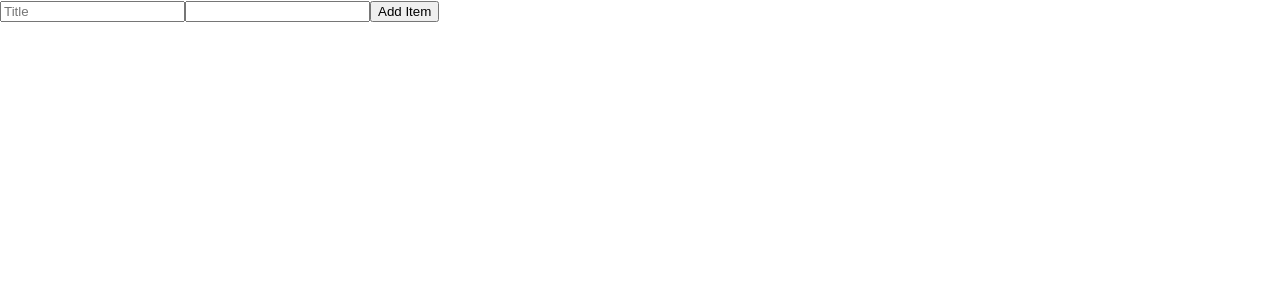
Repository: Juan-Christian-2711/todo
Page: / (app in frontend/)
These files come from the project's save history. The page is drawn as it stood at one moment and after the next save; the edit follows.
The browser window is 1280 px wide. The pictures show the whole page.
The project was rebuilt for these pictures with package versions that can differ from the ones it lists, and the page was loaded fresh each time.

Above is the page before, as saved 2024-03-30 14:50:00.

After the next save:
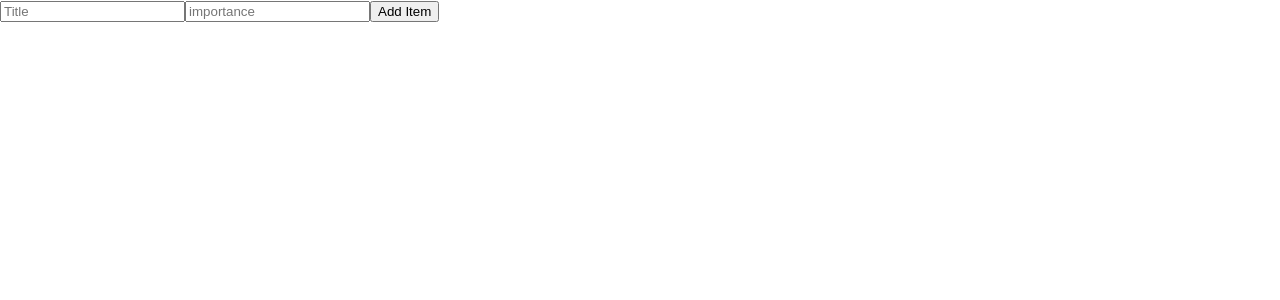
Saved 9 s later.
--- a/frontend/src/App.js
+++ b/frontend/src/App.js
@@ -33,7 +33,7 @@ function App() {
         />
         <input
           type="number"
-          placeholder=""
+          placeholder="importance"
           value={quantity}
           onChange={handleQuantityChange}
         />
